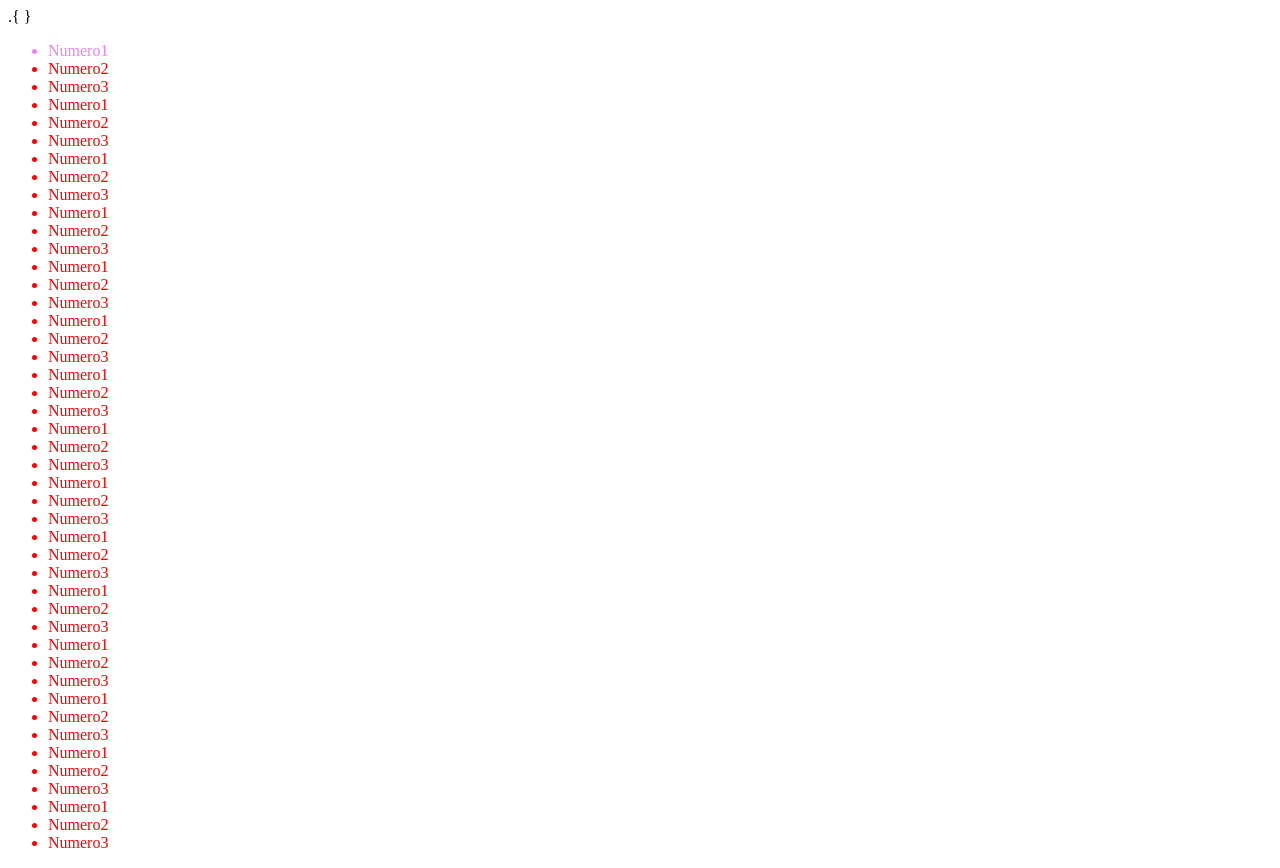
Repository: elbrodelche/ada-portfolio
Page: img/index.html
These files come from the project's save history. The page is drawn as it stood at one moment and after the next save; the edit follows.
The browser window is 1280 px wide. The pictures show the whole page.

Above is the page before, as saved 2021-01-23 18:51:23.

### img/index.html
<!DOCTYPE html>
<html lang="en">
<head>
    <meta charset="UTF-8">
    <meta name="viewport" content="width=device-width, initial-scale=1.0">
    <title>Document</title>
    <link rel="stylesheet">
    .{

    }
    <link>
</head>
<body>
    <ul>
        <li style="color: violet;">Numero1</li>
        <li style="color: red;">Numero2</li>
        <li style="color: red;">Numero3</li>
        <li style="color: red;">Numero1</li>
        <li style="color: red;">Numero2</li>
        <li style="color: red;">Numero3</li>
        <li style="color: red;">Numero1</li>
        <li style="color: red;">Numero2</li>
        <li style="color: red;">Numero3</li>
        <li style="color: red;">Numero1</li>
        <li style="color: red;">Numero2</li>
        <li style="color: red;">Numero3</li>
        <li style="color: red;">Numero1</li>
        <li style="color: red;">Numero2</li>
        <li style="color: red;">Numero3</li>
        <li style="color: red;">Numero1</li>
        <li style="color: red;">Numero2</li>
        <li style="color: red;">Numero3</li>
        <li style="color: red;">Numero1</li>
        <li style="color: red;">Numero2</li>
        <li style="color: red;">Numero3</li>
        <li style="color: red;">Numero1</li>
        <li style="color: red;">Numero2</li>
        <li style="color: red;">Numero3</li>
        <li style="color: red;">Numero1</li>
        <li style="color: red;">Numero2</li>
        <li style="color: red;">Numero3</li>
        <li style="color: red;">Numero1</li>
        <li style="color: red;">Numero2</li>
        <li style="color: red;">Numero3</li>
        <li style="color: red;">Numero1</li>
        <li style="color: red;">Numero2</li>
        <li style="color: red;">Numero3</li>
        <li style="color: red;">Numero1</li>
        <li style="color: red;">Numero2</li>
        <li style="color: red;">Numero3</li>
        <li style="color: red;">Numero1</li>
        <li style="color: red;">Numero2</li>
        <li style="color: red;">Numero3</li>
        <li style="color: red;">Numero1</li>
        <li style="color: red;">Numero2</li>
        <li style="color: red;">Numero3</li>
        <li style="color: red;">Numero1</li>
        <li style="color: red;">Numero2</li>
        <li style="color: red;">Numero3</li>
    </ul>
</body>
</html>

After the next save:
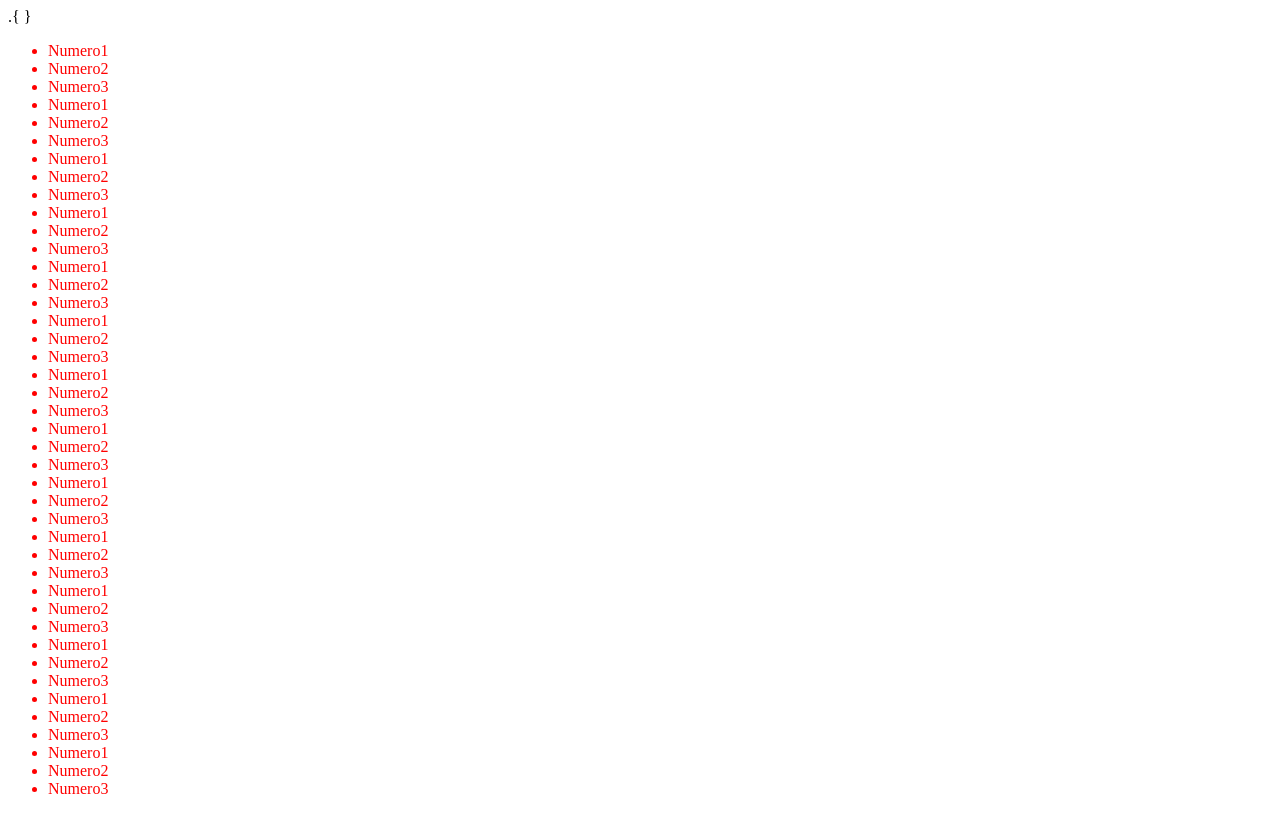
Saved 15 s later.
--- a/img/index.html
+++ b/img/index.html
@@ -12,9 +12,6 @@
 </head>
 <body>
     <ul>
-        <li style="color: violet;">Numero1</li>
-        <li style="color: red;">Numero2</li>
-        <li style="color: red;">Numero3</li>
         <li style="color: red;">Numero1</li>
         <li style="color: red;">Numero2</li>
         <li style="color: red;">Numero3</li>
